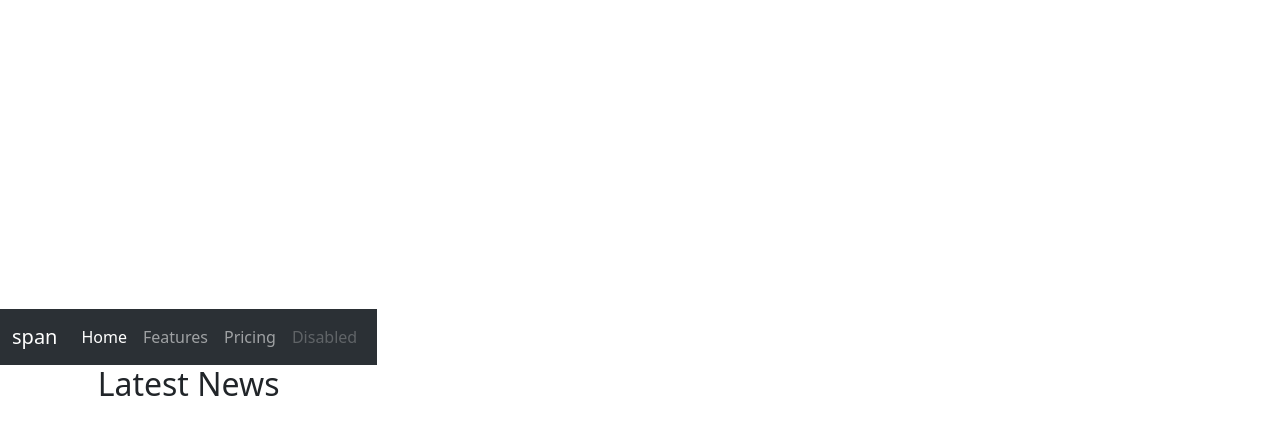
Repository: Abhilash2909/NewsWeb
Page: /
These files come from the project's save history. The page is drawn as it stood at one moment and after the next save; the edit follows.
The browser window is 1280 px wide. The pictures show the whole page.
The project was rebuilt for these pictures with package versions that can differ from the ones it lists, and the page was loaded fresh each time. Also part of the build but not shown: vite.config.js.

Above is the page before, as saved 2024-05-21 22:38:22.

After the next save:
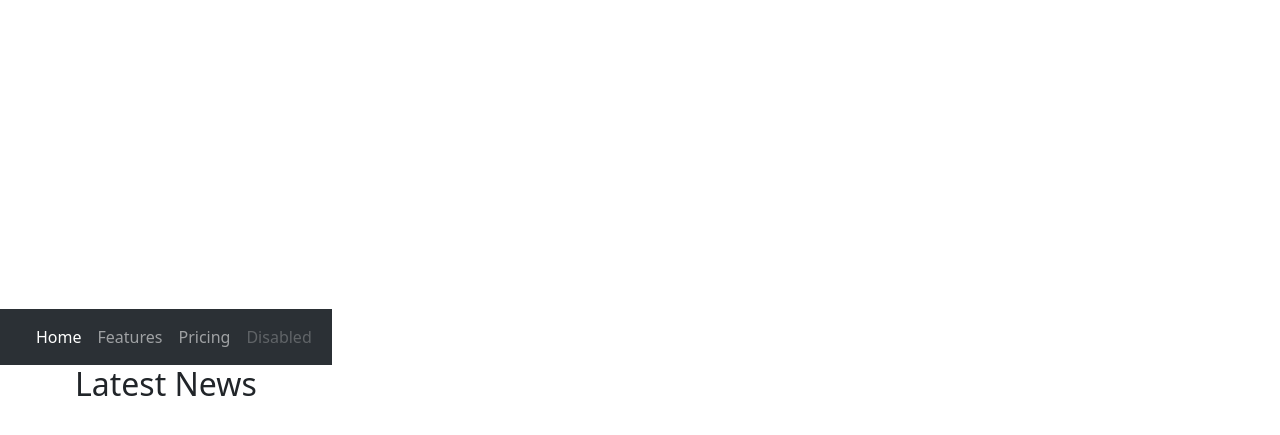
Saved 6 s later.
--- a/src/Components/Navbar.jsx
+++ b/src/Components/Navbar.jsx
@@ -3,7 +3,7 @@
   return (
     <nav className="navbar navbar-expand-lg bg-body-tertiary" data-bs-theme="dark">
   <div className="container-fluid">
-    <a className="navbar-brand" href="#">span</a>
+    <a className="navbar-brand" href="#"><span></span></a>
     <button className="navbar-toggler" type="button" data-bs-toggle="collapse" data-bs-target="#navbarNav" aria-controls="navbarNav" aria-expanded="false" aria-label="Toggle navigation">
       <span className="navbar-toggler-icon"></span>
     </button>
